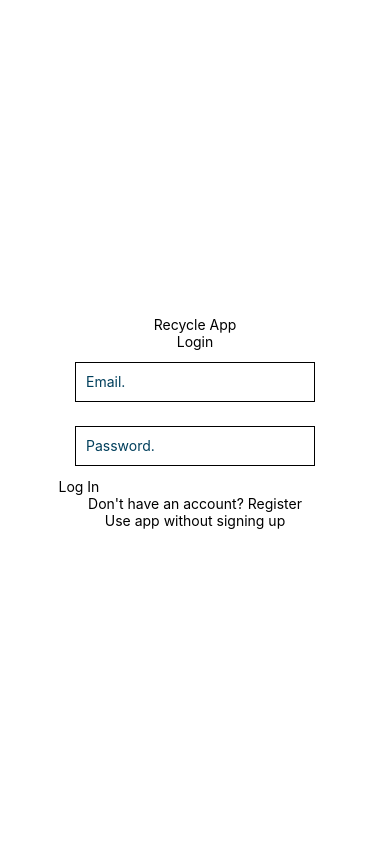
Repository: ct-pham/COMP4511
Screen: / (app in comp4511/)
These files come from the project's save history. The screen is drawn as it stood at one moment and after the next save; the edit follows.
The app was drawn by React Native's web renderer in a window 390 px wide. The project was rebuilt for these pictures with package versions that can differ from the ones it lists, and the page was loaded fresh each time.

Above is the screen before, as saved 2022-11-07 15:36:05.

After the next save:
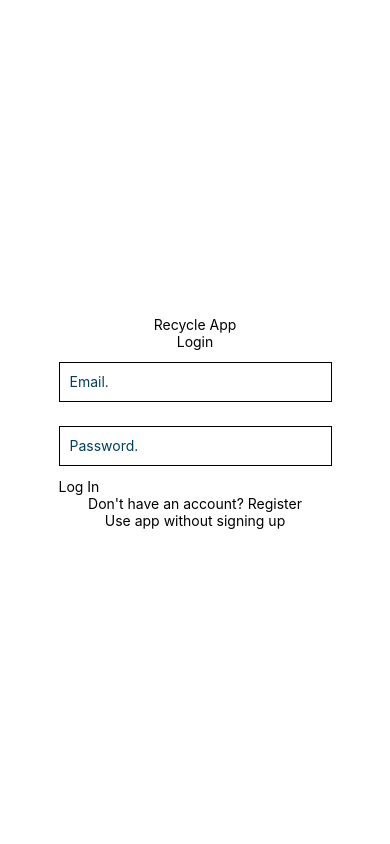
Saved 13 s later.
--- a/comp4511/Components/Login.js
+++ b/comp4511/Components/Login.js
@@ -61,6 +61,7 @@ const styles = StyleSheet.create({
         borderWidth: 1,
         borderColor: '#000000',
         height: 40,
+        width: '70%',
         margin: 12,
         borderWidth: 1,
         padding: 10,
